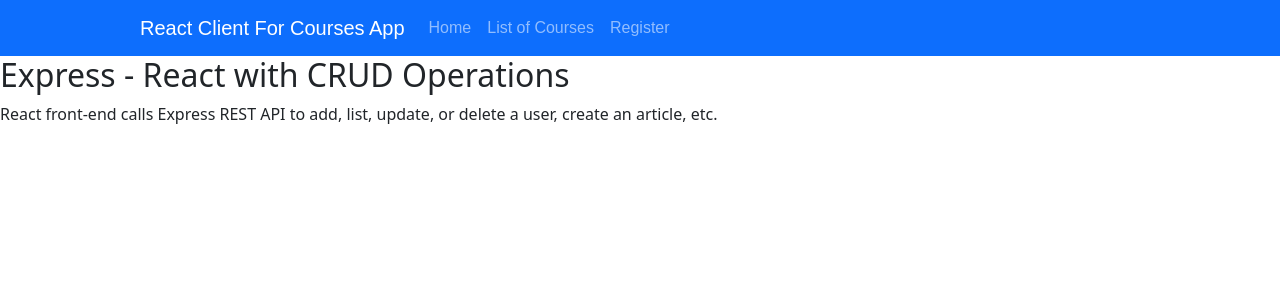
Repository: jmmunoz14/EmergingTech-GroupProject
Page: / (app in frontend/)
The author's editor kept a copy of each file at every save. The page is drawn from the files as they stood at one save, then again after the next save.
The browser window is 1280 px wide. The pictures show the whole page.
The project was rebuilt for these pictures with package versions that can differ from the ones it lists, and the page was loaded fresh each time. Also part of the build but not shown: frontend/src/queries/queries.js, frontend/src/components/CourseList.js, frontend/src/components/NewCourseForm.js, frontend/src/components/EditCourse.js, frontend/src/components/Register.js.

Above is the page before, as saved 2023-04-19 13:23:25.

### frontend/src/App.js
import React from 'react'
import {
  BrowserRouter as Router,
  Route,
  Link,
  Redirect,
  Routes,
} from 'react-router-dom'
//
// This app requires react-bootstrap and bootstrap installed:
//    npm install react-bootstrap bootstrap
//
import 'bootstrap/dist/css/bootstrap.min.css'
import Navbar from 'react-bootstrap/Navbar'
import Nav from 'react-bootstrap/Nav'
import Container from 'react-bootstrap/Container'
import './App.css'

import { ApolloProvider } from '@apollo/client'
import client from './apollo/client'

import Home from './components/Home'
import CourseList from './components/CourseList'
import NewCourseForm from './components/NewCourseForm'
import EditCourse from './components/EditCourse'
import Register from './components/Register'
//
function App() {
  return (
    <ApolloProvider client={client}>
      <Router>
        <Navbar bg="primary" variant="dark" expand="lg">
          <Container>
            <Navbar.Brand href="#home">
              React Client For Courses App
            </Navbar.Brand>
            <Navbar.Toggle aria-controls="basic-navbar-nav" />
            <Navbar.Collapse id="basic-navbar-nav">
              <Nav className="mr-auto">
                <Nav.Link as={Link} to="/home">
                  Home
                </Nav.Link>
                <Nav.Link as={Link} to="/courseslist">
                  List of Courses
                </Nav.Link>
                <Nav.Link as={Link} to="/register">
                  Register
                </Nav.Link>
              </Nav>
            </Navbar.Collapse>
          </Container>
        </Navbar>

        <div>
          <Routes>
            <Route index element={<Home />} />
            <Route path="home" element={<Home />} />
            <Route path="register" element={<Register />} />
            <Route path="courseslist" element={<CourseList />} />
            <Route path="course/:id" element={<EditCourse />} />
            <Route path="addcourse" element={<NewCourseForm />} />
          </Routes>
        </div>
      </Router>
    </ApolloProvider>
  )
}
//<Route render ={()=> < App />} path="/" />
export default App

### frontend/src/App.css
.App {
  text-align: center;
}

.App-logo {
  height: 40vmin;
  pointer-events: none;
}

@media (prefers-reduced-motion: no-preference) {
  .App-logo {
    animation: App-logo-spin infinite 20s linear;
  }
}

.App-header {
  background-color: #282c34;
  min-height: 100vh;
  display: flex;
  flex-direction: column;
  align-items: center;
  justify-content: center;
  font-size: calc(10px + 2vmin);
  color: white;
}

.App-link {
  color: #61dafb;
}

@keyframes App-logo-spin {
  from {
    transform: rotate(0deg);
  }
  to {
    transform: rotate(360deg);
  }
}

.container {
  margin: 0 auto;
  width: 80%;
  text-align: center;
  font-family: Arial, sans-serif;
}

.heading {
  font-size: 2rem;
  margin-bottom: 1rem;
}

.add-btn {
  margin-bottom: 2rem;
}

.search {
  display: inline-block;
  padding: 0.8rem 1.5rem;
  background-color: #0074D9;
  color: #fff;
  text-decoration: none;
  border-radius: 4px;
}

.search:hover {
  background-color: #0059B3;
  color: #fff;

}

.course-list {
  list-style-type: none;
  padding: 0;
  margin: 0;
}

.course-item {
  margin-bottom: 1rem;
  font-size: 1.2rem;
}

.link {
  color: #0074D9;
  text-decoration: none;
}

.link:hover {
  text-decoration: underline;
}

.add-form {
  display: flex;
  flex-direction: column;
  align-items: center;
  justify-content: center;
  width: 50%;
  margin: 0 auto;
  font-family: Arial, sans-serif;
  align-items: flex-start;
}


.form-label {
  margin: 1rem 0;
  font-size: 1.2rem;
  font-weight: bold;
}

.input-container{
  width: 50%;
}

.form-input {
  width: 100%;
  padding: 0.5rem;
  margin-bottom: 1rem;
  font-size: 1.2rem;
  border: 2px solid #0074D9;
  border-radius: 4px;
}

.form-input:focus {
  outline: none;
  border-color: #000000;
}

.form-button {
  display: inline-block;
  padding: 0.8rem 1.5rem;
  background-color: #0074D9;
  color: #fff;
  font-size: 1.2rem;
  text-align: center;
  text-decoration: none;
  border-radius: 4px;
  cursor: pointer;
  border-color: #ffffff;

}

.form-button:hover {
  background-color: #0059B3;
}

.delete-button {
  display: inline-block;
  padding: 0.8rem 1.5rem;
  background-color: #d93300;
  color: #fff;
  font-size: 1.2rem;
  text-align: center;
  text-decoration: none;
  border-radius: 4px;
  cursor: pointer;
  border-color: #ffffff;

}

.delete-button:hover {
  background-color: #a72701;
}

.form-error {
  color: red;
  margin-top: 1rem;
  font-size: 1.2rem;
}

### frontend/src/apollo/client.js
import { ApolloClient, InMemoryCache } from '@apollo/client'

const client = new ApolloClient({
  //uri: 'http://localhost:5000/courses',
  uri: 'http://localhost:5000/users',
  cache: new InMemoryCache(),
})

export default client

### frontend/src/components/Home.js
//import withRouter from './withRouter';

import React, { Component } from 'react'

function Home(props) {
  return (
    <div>
      <h2> Express - React with CRUD Operations</h2>
      <p>
        React front-end calls Express REST API to add, list, update, or delete a
        user, create an article, etc.
      </p>
    </div>
  )
}
// withRouter will pass updated match, location, and history props
// to the wrapped component whenever it renders.
export default Home

Loaded but not shown: frontend/public/index.html (common file); frontend/src/index.js (common file); frontend/src/index.css (common file); frontend/src/reportWebVitals.js (common file)

After the next save:
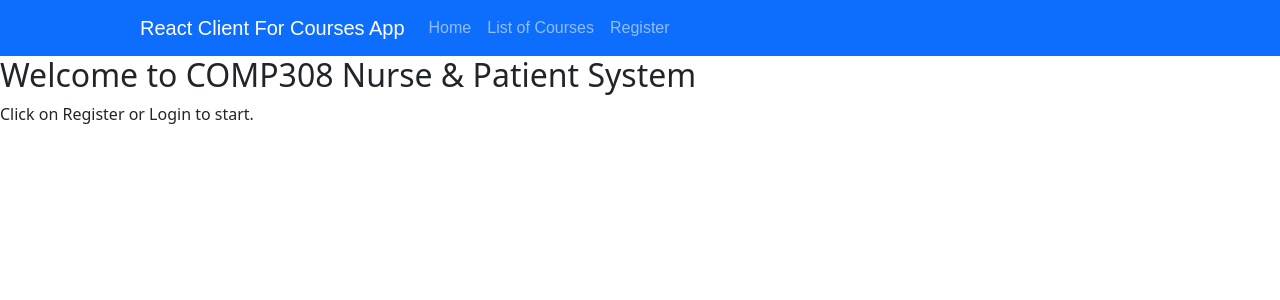
Saved 8 min 25 s later.
--- a/frontend/src/components/Home.js
+++ b/frontend/src/components/Home.js
@@ -5,10 +5,9 @@ import React, { Component } from 'react'
 function Home(props) {
   return (
     <div>
-      <h2> Express - React with CRUD Operations</h2>
+      <h2> Welcome to COMP308 Nurse & Patient System</h2>
       <p>
-        React front-end calls Express REST API to add, list, update, or delete a
-        user, create an article, etc.
+        Click on Register or Login to start.
       </p>
     </div>
   )
